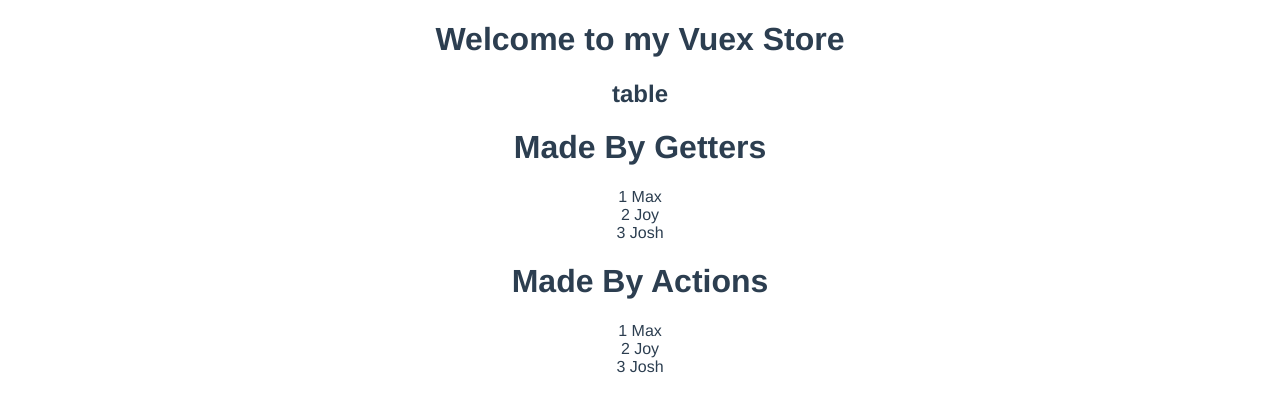
Repository: HaoMiffy/Vue3-compositionAPI-vuex-axios
Page: /
An editor plug-in stored every save of this project. The page is shown before and after the next save, followed by the edit.
The browser window is 1280 px wide. The pictures show the whole page.
The project was rebuilt for these pictures with package versions that can differ from the ones it lists, and the page was loaded fresh each time. Also part of the build but not shown: vue.config.js, src/components/HelloWorld.vue, src/views/HomeView.vue.

Above is the page before, as saved 2022-12-13 16:01:02.

After the next save:
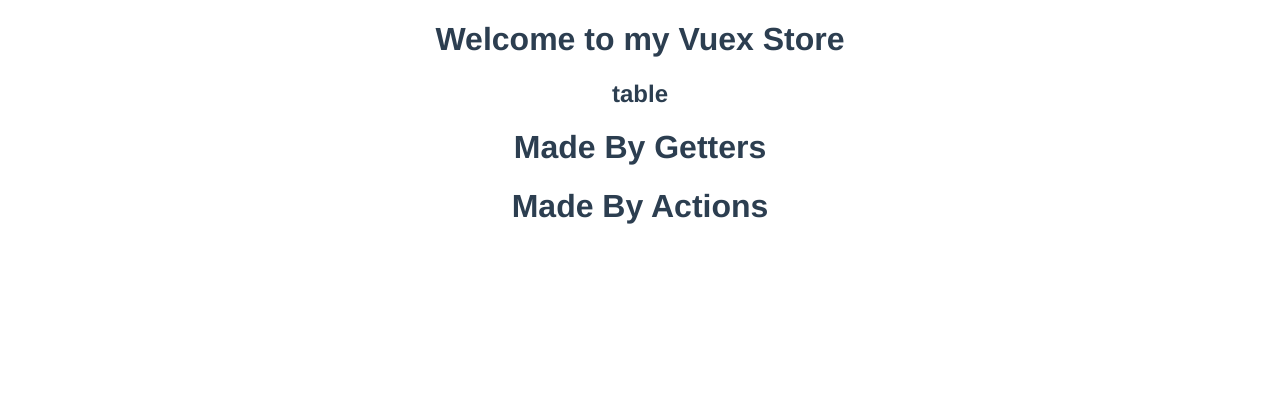
Saved 10 s later.
--- a/public/data.json
+++ b/public/data.json
@@ -1,6 +1,6 @@
 {
     "title":"table",
-    "users":[
+    "datas":[
         {
             "id":1,
             "name":"Max"
